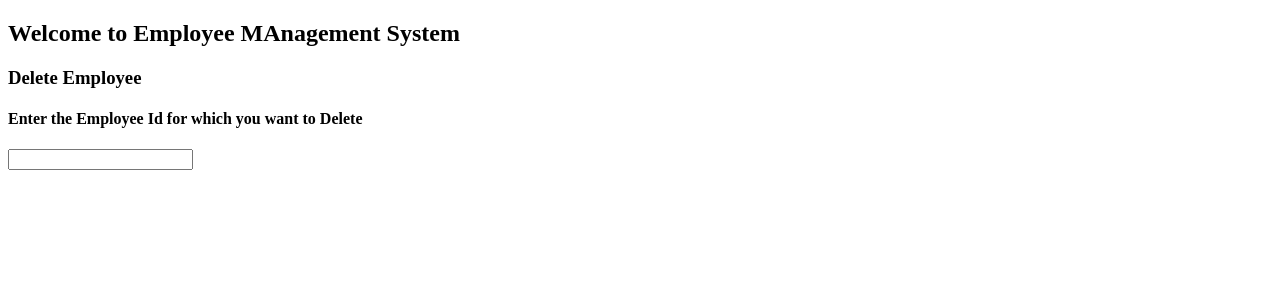
Repository: aamir5773/Spring
Page: http://localhost/SpringMvcEmployeeManagement-1WithJdbc/WEB-INF/pages/DeleteEmployee.jsp
An editor plug-in stored every save of this project. The page is shown before and after the next save, followed by the edit.
The browser window is 1280 px wide. The pictures show the whole page.
The page is served by Tomcat 9. Nobody is signed in. Other server files are loaded and not shown. The template is opened directly, without the code that normally fills it, so the values that code supplies are empty.

Above is the page before, as saved 2019-11-14 10:52:09.

### SpringMvcEmployeeManagement-1WithJdbc/WebContent/WEB-INF/pages/DeleteEmployee.jsp
<%@ page language="java" contentType="text/html; charset=ISO-8859-1"
    pageEncoding="ISO-8859-1"%>
<!DOCTYPE html PUBLIC "-//W3C//DTD HTML 4.01 Transitional//EN" "http://www.w3.org/TR/html4/loose.dtd">
<html>
<head>
<meta http-equiv="Content-Type" content="text/html; charset=ISO-8859-1">
<title>Insert title here</title>
</head>
<body>
<h2>Welcome to Employee MAnagement System</h2>
<h3>Delete Employee</h3>
<form action="deleteEmployee.do" method="post"></form>
<h4>Enter the Employee Id for which you want to Delete</h4>
<input type="text" name="employeeid">
</form>
</body>
</html>

After the next save:
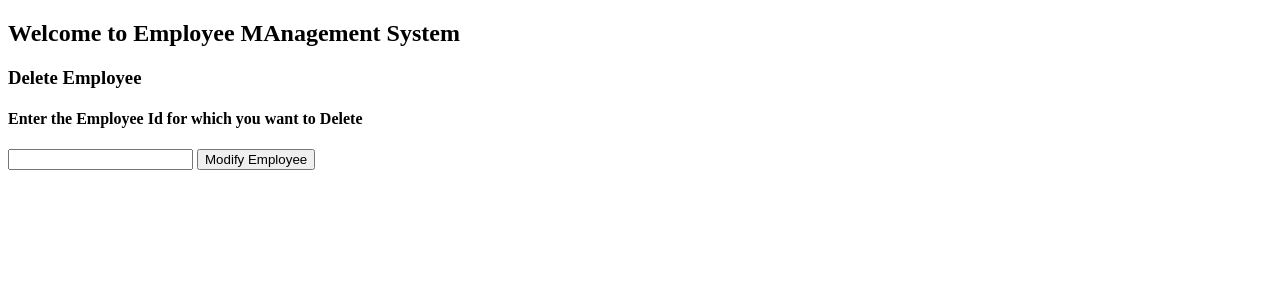
Saved 54 s later.
--- a/SpringMvcEmployeeManagement-1WithJdbc/WebContent/WEB-INF/pages/DeleteEmployee.jsp
+++ b/SpringMvcEmployeeManagement-1WithJdbc/WebContent/WEB-INF/pages/DeleteEmployee.jsp
@@ -12,6 +12,9 @@
 <form action="deleteEmployee.do" method="post"></form>
 <h4>Enter the Employee Id for which you want to Delete</h4>
 <input type="text" name="employeeid">
+<tr>
+		<td><input type="submit" value="Modify Employee"></td>
+	</tr>
 </form>
 </body>
 </html>
